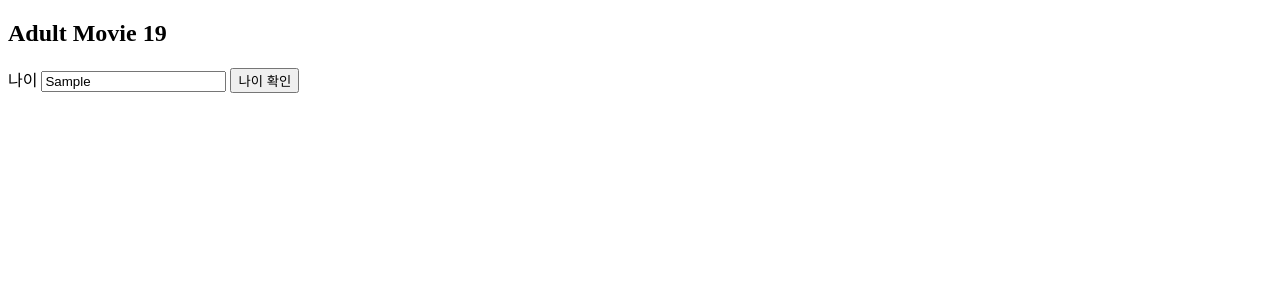
Repository: skybluelion/KB
Page: KB/work05_front/front04_javascript/src/main/webapp/event/js02_condition.html
The author's editor kept a copy of each file at every save. The page is drawn from the files as they stood at one save, then again after the next save.
The browser window is 1280 px wide. The pictures show the whole page.
Empty fields were first filled with sample values (such as "Sample", 5 or name@example.com).
After loading, the first visible `button` was clicked once.

Above is the page before, as saved 2023-04-11 05:45:41.

### KB/work05_front/front04_javascript/src/main/webapp/event/js02_condition.html
<!DOCTYPE html>
<html>
<head>
<meta charset="UTF-8">
<title>Insert title here</title>
<script type="text/javascript">
	/*
	1. 폼에 입력된 값이 없다면,, 나이는 반드시 입력하세요... 메세지
	2. 숫자 대신에 문자가 입력되면.. 나이는 숫자로 입력하세요... 메세지
	3. 입력된 숫자값이 19세 이상이라면.. 성인인증
	4. 입력된 숫자값이 19세 미만이라면.. 미성년인증

	5. 모든 경우에 입력된 값이 리셋... 다시 Age에 포커스가 맞춰지도록
	*/
	function checkAge() {
		let ageFrm=document.frm.ageFrm;
		if(ageFrm.value==""){ //값이""없다면 // form안에 값을 가져오거나 집어 넣을 때 value 사용
			alert("나이를 반드시 입력하세요.");
		}else if(isNaN(ageFrm.value)) { // isNotANumber
			alert("나이를 숫자로 입력하세요.");
		}
	}
</script>

</head>
<body>
	<h2> Adult Movie 19 </h2>
	<form name="frm">
		나이 <input type="text" name="ageFrm">
		<button type="button" onclick="checkAge()">나이 확인</button>
	</form>

</body>
</html>

After the next save:
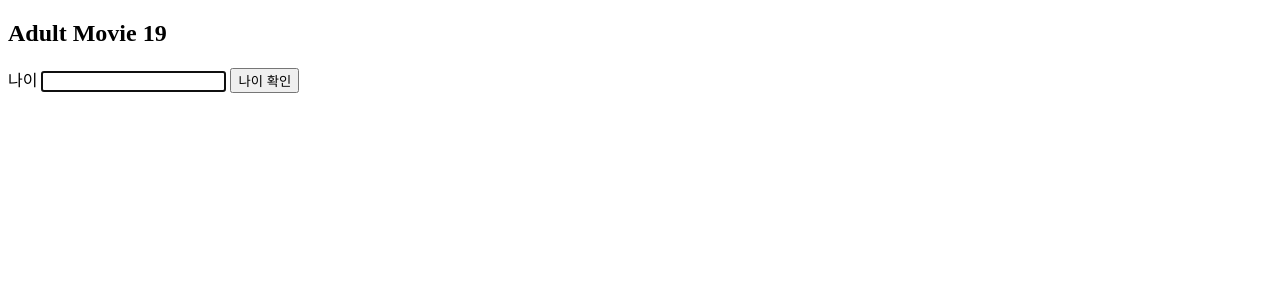
Saved 3 min 4 s later.
--- a/KB/work05_front/front04_javascript/src/main/webapp/event/js02_condition.html
+++ b/KB/work05_front/front04_javascript/src/main/webapp/event/js02_condition.html
@@ -18,7 +18,14 @@
 			alert("나이를 반드시 입력하세요.");
 		}else if(isNaN(ageFrm.value)) { // isNotANumber
 			alert("나이를 숫자로 입력하세요.");
+		}else if(ageFrm.value>=19){
+			alert("당신은 성인인증이 되셨습니다.");
+		}else if(ageFrm.value<19){
+			alert("당신은 미성년자입니다.");
 		}
+
+		ageFrm.value=""; //리셋
+		ageFrm.focus(); //마우스 커서 포커스
 	}
 </script>
 
